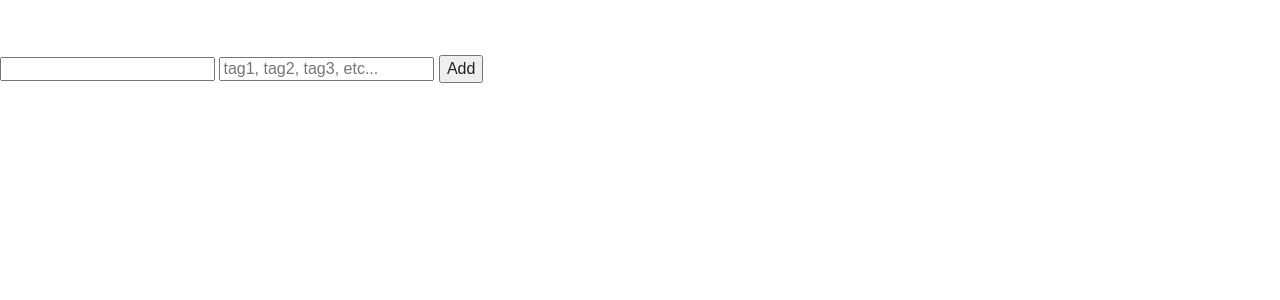
Repository: javenlalla/lol
Page: www/index.html
The author's editor kept a record of every edit. The page is drawn from the files as they stood at one moment, then again after the next edit.
The browser window is 1280 px wide. The pictures show the whole page.
The page's requests for data from a server got no answer. Some web libraries are served in a nearby version.

Above is the page before.

After the next edit:
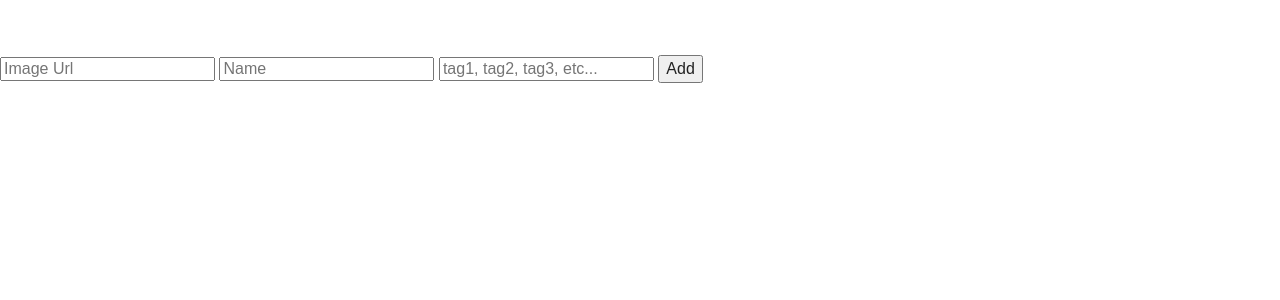
The edit:
--- a/www/index.html
+++ b/www/index.html
@@ -38,9 +38,11 @@
         </script>
 
         <script type="text/html" id="imagesView">
-            <input type="text" id="newImage" />
+            <input type="text" id="newImageUrl" placeholder="Image Url" />
+            <input type="text" id="newImage" placeholder="Name" />
             <input type="text" id="newImageTags" placeholder="tag1, tag2, tag3, etc..."/>
             <button id="addNewImage">Add</button>
+
             <ul id="images"></ul>
         </script>
 
